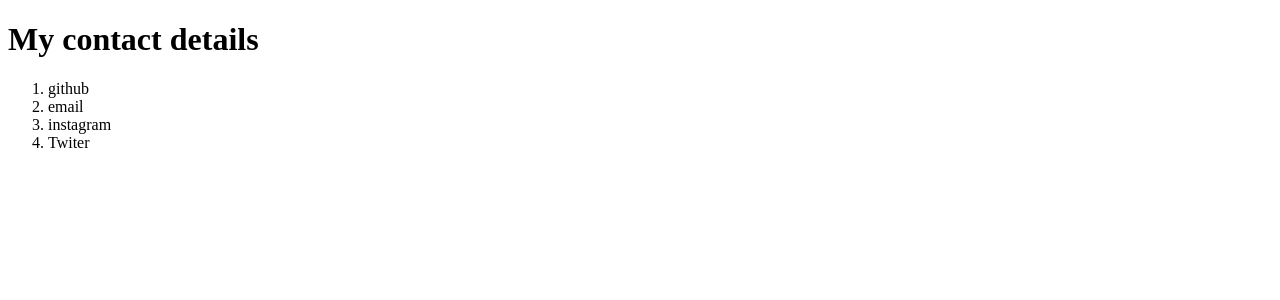
Repository: ew-code/Web-Development
Page: HTML - Personal Site/contact.html
An editor plug-in stored every save of this project. The page is shown before and after a run of saves, followed by the edit.
The browser window is 1280 px wide. The pictures show the whole page.

Above is the page before, as saved 2021-01-04 22:45:23.

### HTML - Personal Site/contact.html
<!DOCTYPE html>
<html lang="en">

<head>
  <meta charset="UTF-8">
  <meta name="viewport" content="width=device-width, initial-scale=1.0">
  <meta http-equiv="X-UA-Compatible" content="ie=edge">
  <title>Contact me</title>
</head>

<form>
  <label for="email"
  <input type="submit">
</form>
<body>
  <h1>My contact details</h1>
  <ol>
    <li>github</li>
    <li>email</li>
    <li>instagram</li>
    <li>Twiter</li>
  </ol>
</body>

</html>

After the next 3 saves:
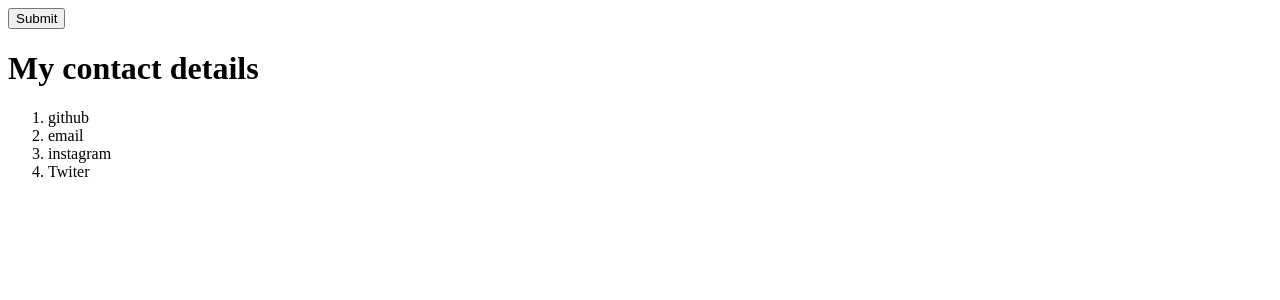
The 3 saves are shown as one change because they came seconds apart.
The last was saved 18 s later.
--- a/HTML - Personal Site/contact.html
+++ b/HTML - Personal Site/contact.html
@@ -9,7 +9,7 @@
 </head>
 
 <form>
-  <label for="email"
+  <label for="email"></label>
   <input type="submit">
 </form>
 <body>
